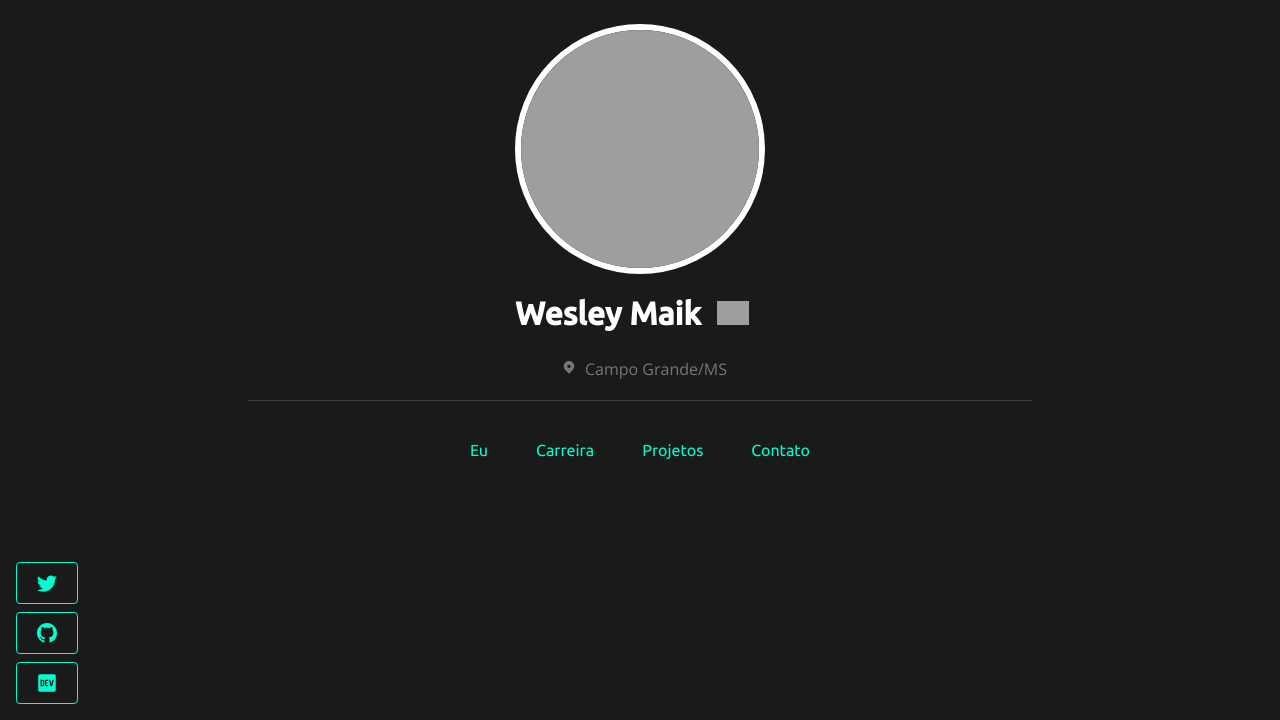
Repository: WesleyMaik/wesleymaik.github.io
Page: /
These files come from the project's save history. The page is drawn as it stood at one moment and after the next save; the edit follows.
The browser window is 1280 px wide. The pictures show the whole page.
Pictures or frames that could not be fetched are drawn as grey boxes. The page's requests for data from a server got no answer. The project was rebuilt for these pictures with package versions that can differ from the ones it lists, and the page was loaded fresh each time. No one was signed in, and anything a server would have sent is missing. Also part of the build but not shown: vite.config.ts.

Above is the page before, as saved 2022-08-08 13:37:35.

### index.html
<!DOCTYPE html>
<html lang="en">
  <head>
    <meta charset="UTF-8" />
    <link rel="icon" type="image/svg+xml" href="/vite.svg" />
    <meta name="viewport" content="width=device-width, initial-scale=1.0" />
    <title>Wesley Maik - Portifólio</title>
  </head>
  <body>
    <div id="root"></div>
    <script type="module" src="/src/main.tsx"></script>
  </body>
</html>

### src/main.tsx
//Modules
import React from 'react'
import ReactDOM from 'react-dom/client'
import App from './pages'

//Style
import "./styles/global.scss";

ReactDOM.createRoot(document.getElementById('root') as HTMLElement).render(
  <React.StrictMode>
    <App />
  </React.StrictMode>
)

### src/pages/index.tsx
//Modules
import styled from "styled-components";
import Header from "../components/template/header";

const App = () => {
    const Main = styled.main`
      max-width:800px;
      margin:auto;
    `;

    return(
      <Main>
        <Header />
      </Main>
    )
};

export default App

### src/styles/global.scss
//Fonts
@import url('https://fonts.googleapis.com/css2?family=Open+Sans:wght@300;400;600&family=Poppins:wght@300;400;600&family=Roboto+Mono:wght@300;400;700&family=Ubuntu:wght@300;400;500&display=swap');

:root{
    --bg-primary:#181b19;
    --bg-secundary:#2c372e;
    --color-default:#fff;
    --color-primary:#00ffd0;
    --color-secundary:#01dba4;
    --color-fade:#01dba410;
}

*{
    box-sizing: border-box;
    transition: all ease 0.25s;
}

html, body{
    margin:0;

    color:var(--color-default);
    background-color: var(--bg-primary);

    font-family: 'Arial', 'Tahoma';
}

h1, h2, h3, h4, h5, h6{
    font-family: 'Poppins', 'Arial';
}

p{
    font-family: 'Open Sans', 'Arial';
}

div, span{
    font-family: 'Ubuntu', 'Arial';
}

a{
    color: var(--color-primary);
    text-decoration: none;
}

hr{
    width:100%;
    border:none;
    border-top: 1px solid #ffffff25;
}

### src/components/template/header.tsx
import styled from "styled-components";
import Avatar from "../avatar";
import Github from "./github";
import Navigation from "./navigation";
import Social, { SocialFloat } from "./social";

const Header = () => {
    const Header = styled.header`
        width:100%;
        min-height:20em;

        display:flex;
        flex-direction:column;
        align-items:center;
        gap:0.5em;

        padding:0.5em;
        margin:1em 0;

        .title{
            margin:0.25em 0;
            .icon{
                width:32px;
            }
        }
    `;

    return(
        <Header>
            <Avatar />
            <h1 className="title">
                <span>Wesley Maik</span>
                <img
                    className="icon"
                    src="https://raw.githubusercontent.com/MartinHeinz/MartinHeinz/master/wave.gif"
                    style={{ display: "inline-block", margin:'0 0.5em' }}
                    data-target="animated-image.originalImage"
                />
            </h1>

            <Github />
            <hr />
            <SocialFloat />
            <Navigation />
        </Header>
    )
};

export default Header;

### src/components/avatar/index.tsx
//Modules
import styled from "styled-components";

// https://api.github.com/users/wesleymaik

const Avatar = () => {
    const Content = styled.div`
        width:250px;
        height:250px;

        overflow:hidden;

        border:6px solid #fff;
        border-radius:50%;

        .img{
            width:100%;
            height:100%;
        }
    `;

    return(
        <Content>
            <img className="img" src="https://avatars.githubusercontent.com/u/85949116?v=4"/>
        </Content>
    )
};

export default Avatar;

### src/components/template/github.tsx
//Modules
import { useCallback, useEffect, useState } from "react";
import styled from "styled-components";
import { api } from "../../services/api";

//Components
import { TiLocation } from 'react-icons/ti';
import { getGithubStats, setGithubStats } from "../../hook/session";

export interface IGithub {
    login: string;
    id: number;
    node_id: string;
    avatar_url: string;
    gravatar_id: string;
    url: string;
    html_url: string;
    followers_url: string;
    following_url: string;
    gists_url: string;
    starred_url: string;
    subscriptions_url: string;
    organizations_url: string;
    repos_url: string;
    events_url: string;
    received_events_url: string;
    type: string;
    site_admin: boolean;
    name: string;
    company: string;
    blog: string;
    location: string;
    email: string;
    hireable: string;
    bio: string;
    twitter_username: string;
    public_repos: number;
    public_gists: number;
    followers: number;
    following: number;
    created_at: string;
    updated_at: string;
};


const gitInfo = {};

const Github = () => {
    const Container = styled.div`
        width:100%;

        display:flex;
        flex-direction:column;
        justify-content:center;
        align-items:center;
        gap:0.5em;

        .location{
            .title{
                color:#d3d3d380;
            }
        }

        .info{
            width:100%;

            display:flex;
            flex-direction:row;
            gap:0.5em;


            .card{
                width:100%;

                display:flex;
                align-items:center;
                flex-direction:column;
                gap:0.5em;

                padding:1em;

                background-color:var(--color-fade);

                border-radius:4px;

                *{
                    margin:0;
                }

                .title{
                    font-weight:300;
                }
            }
        }
    `;

    const savedData = getGithubStats();

    const [data, setData] = useState<IGithub | null>(savedData || null),
          handleData = useCallback((data:IGithub) => {
            setData(data);
          }, [data])

    useEffect(() => {
        if(!Boolean(savedData)){
            api.get('https://api.github.com/users/wesleymaik')
            .then((response) => {
                const result = response.data as IGithub;
                handleData(result);
                setGithubStats(result)
            })
            .catch((err) => {
                console.log(err);
            });
        };
    });

    return(
        <Container>
                <div className="location">
                    <p className="title"><TiLocation className="icon" />{ data?.location || 'Campo Grande/MS' }</p>
                </div>
                {
                    data &&
                    <>
                    <div className="info">
                        <div className="card">
                            <h2 className="text">{ data?.public_repos }</h2>
                            <h5 className="title">Repositórios</h5>
                        </div>
                        <div className="card">
                            <h2 className="text">{ data?.followers }</h2>
                            <h5 className="title">Seguidores</h5>
                        </div>
                        <div className="card">
                            <h2 className="text">{ data?.following }</h2>
                            <h5 className="title">Seguindo</h5>
                        </div>
                    </div>
                    </>
                }
        </Container>
    )
};

export default Github;

### src/components/template/navigation.tsx
//Modules
import styled from "styled-components";

const Navigation = () => {
    const Container = styled.div`
        display:flex;
        flex-direction:row;
        justify-content:center;
        align-items:center;
        gap:2em;

        padding:1em;

        z-index:10;

        a{
            padding:0.5em;
            border-bottom:2px solid transparent;

            &:hover{
                background-color:var(--color-fade);
                border-bottom-color:var(--color-primary);
            }

            &:active{
                color: var(--color-secundary);
            }
        }
    `;

    return(
        <Container>
            <a href="#me">Eu</a>
            <a href="#carrer">Carreira</a>
            <a href="#project">Projetos</a>
            <a href="#contact">Contato</a>
        </Container>
    )
};

export default Navigation;

### src/components/template/social.tsx
//Modules
import styled from "styled-components";

//Component
import { BsTwitter, BsGithub } from 'react-icons/bs';
import { FaDev } from 'react-icons/fa';
import { HTMLAttributes } from "react";

interface ISocial extends HTMLAttributes<HTMLDivElement>{
    name?:boolean,
    direction?:"row" | "column"
};

const Social = (props:ISocial) => {
    const Container = styled.div`
        width:100%;

        display:flex;
        flex-direction:${!props.direction ? 'row' : props.direction};
        justify-content:center;
        gap:0.5em;

        .btn{
            cursor: pointer;

            display:flex;
            flex-direction:row;
            gap:0.5em;

            color:var(--color-primary);
            font-size:1.25em;

            border:1px solid var(--color-primary);
            border-radius:4px;
            padding:0.5em 1em;

            &:hover{
                background-color:var(--color-fade);
            }

            .text{
                ${!props.name && 'display:none;'}
            }
        }
    `;

    return(
        <Container {...props}>
            <a href="https://twitter.com/euwesleymaik" target="_blank">
                <div className="btn">
                    <BsTwitter />
                    <span className="text">Twitter</span>
                </div>
            </a>
            <a href="https://github.com/WesleyMaik" target="_blank">
                <div className="btn">
                    <BsGithub />
                    <span className="text">Github</span>
                </div>
            </a>
            <a href="https://dev.to/wesleymaik" target="_blank">
                <div className="btn">
                    <FaDev />
                    <span className="text">Dev.to</span>
                </div>
            </a>
        </Container>
    )
};

export const SocialFloat = () => {
    const Container = styled.div`
        position:fixed;
        bottom:0;
        left:0;

        margin:1em;
    `;

    return(
        <Container>
            <Social direction="column"/>
        </Container>
    )
};

export default Social;

### src/services/api.ts
//Modules
import axios from "axios";

//Api
export const api = axios.create();

### src/hook/session.ts
//Modules
import { IGithub } from "../components/template/github";

export const setSession = (key:string, data:any) => {
    const value = JSON.stringify(data);
    sessionStorage.setItem(key, value);
};

export const getSession = (key:string) => {
    const value = JSON.parse(String(sessionStorage.getItem(key))) || null;
    return value;
};

export const getGithubStats = () => {
    return getSession('github_stats') as IGithub;
};

export const setGithubStats = (data:IGithub) => {
    setSession('github_stats', data);
};

After the next save:
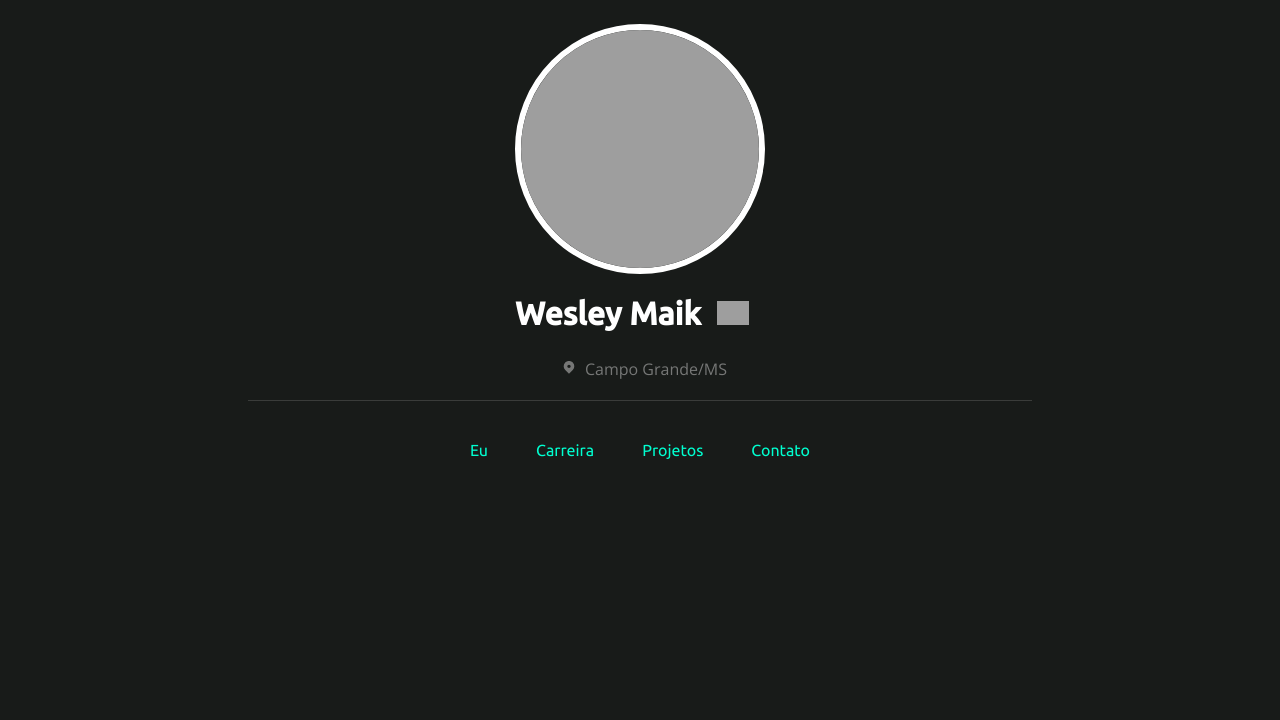
Saved 8 s later.
--- a/src/components/template/social.tsx
+++ b/src/components/template/social.tsx
@@ -71,7 +71,7 @@
 export const SocialFloat = () => {
     const Container = styled.div`
         position:fixed;
-        bottom:0;
+        top:100%;
         left:0;
 
         margin:1em;

After the save that followed:
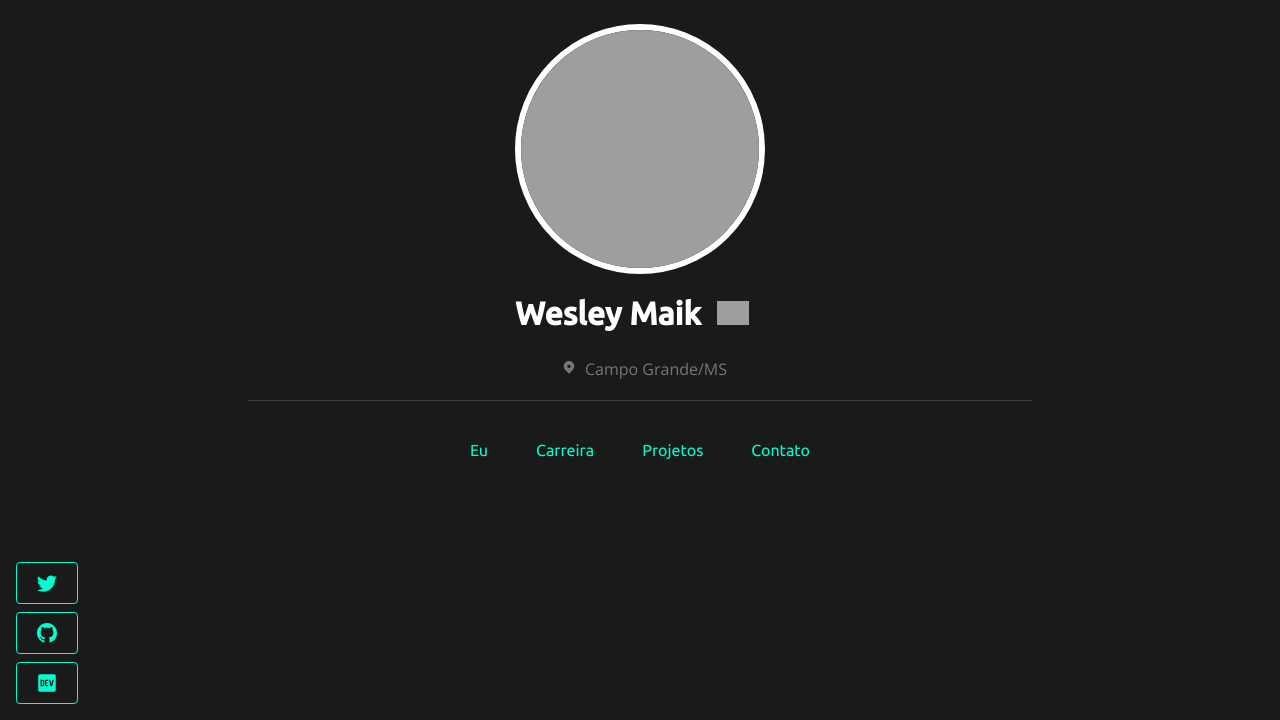
Saved 7 s later.
--- a/src/components/template/social.tsx
+++ b/src/components/template/social.tsx
@@ -71,7 +71,7 @@
 export const SocialFloat = () => {
     const Container = styled.div`
         position:fixed;
-        top:100%;
+        bottom:0;
         left:0;
 
         margin:1em;
